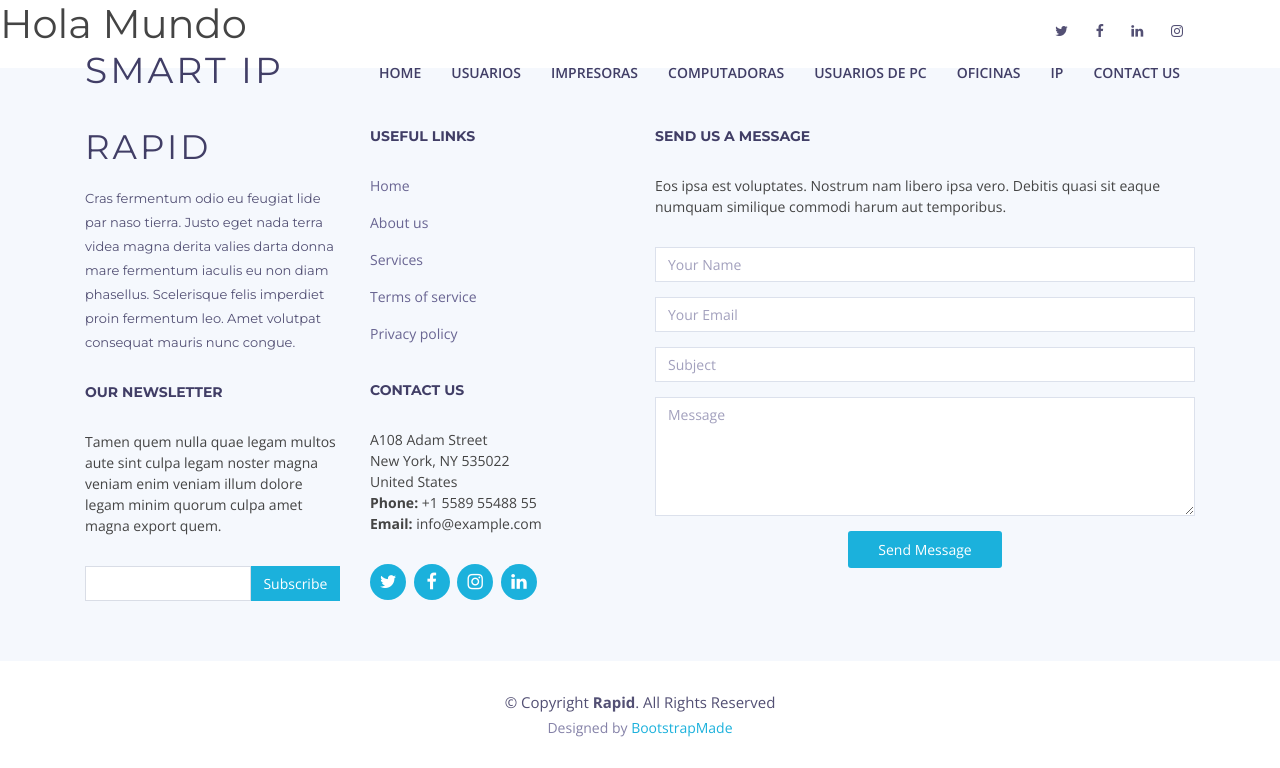
Repository: AlejandroJesusSerrano/SmartIPs
Page: http://localhost/smartipnav/users
The author's editor kept a copy of each file at every save. The page is drawn from the files as they stood at one save, then again after the next save.
The browser window is 1280 px wide. The pictures show the whole page.
The page is served by the project's application, run on Django 4.2 (smartip/manage.py).

Above is the page before, as saved 2022-11-11 12:39:00.

After the next save:
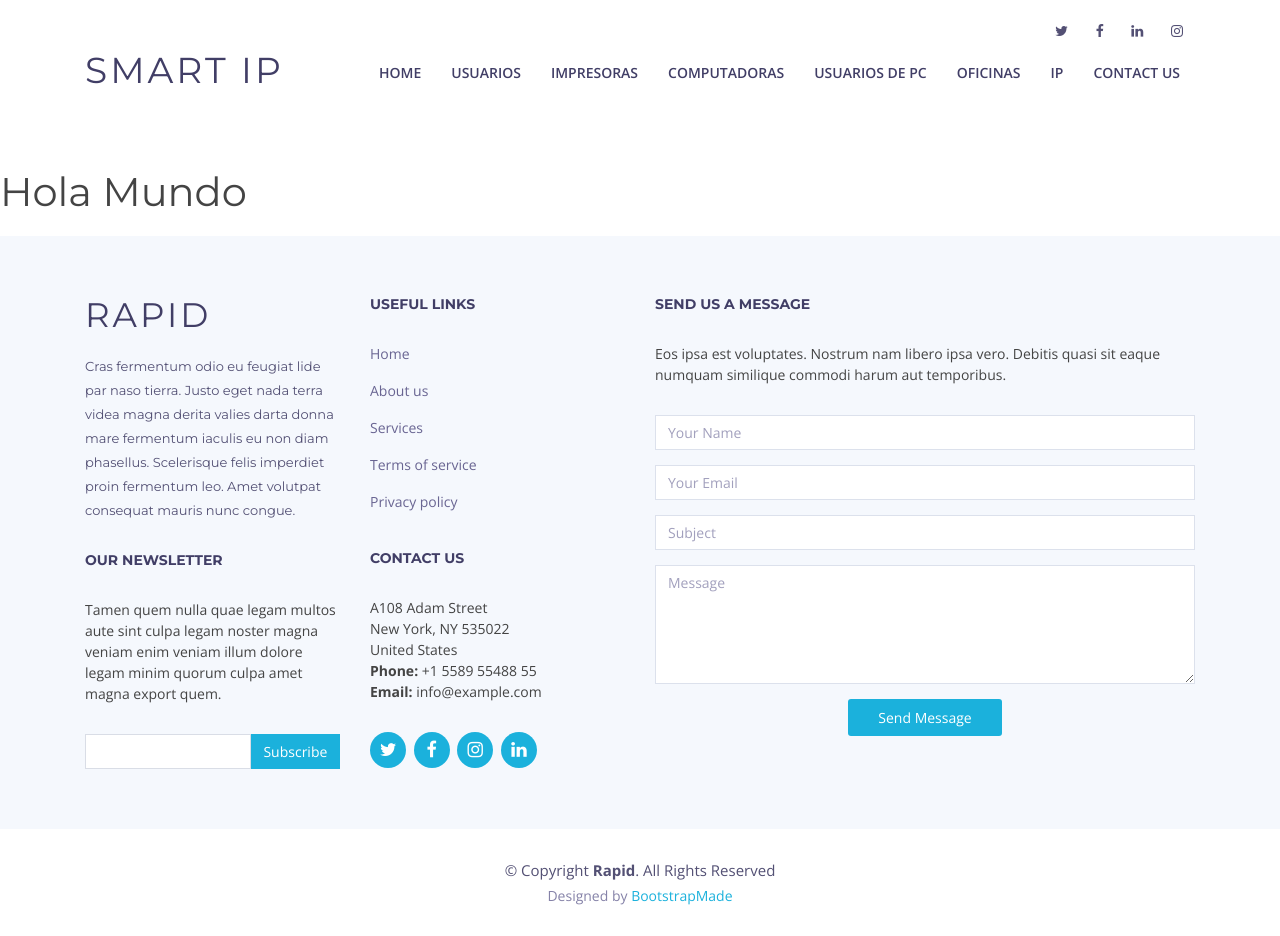
Saved 36 s later.
--- a/smartip/smartipnav/templates/smartipnav/users.html
+++ b/smartip/smartipnav/templates/smartipnav/users.html
@@ -2,6 +2,15 @@
 
 {% block content %}
 
+<br>
+<br>
+<br>
+<br>
+<br>
+<br>
+<br>
+
+
     <h1>Hola Mundo</h1>
 
 {% endblock %}
